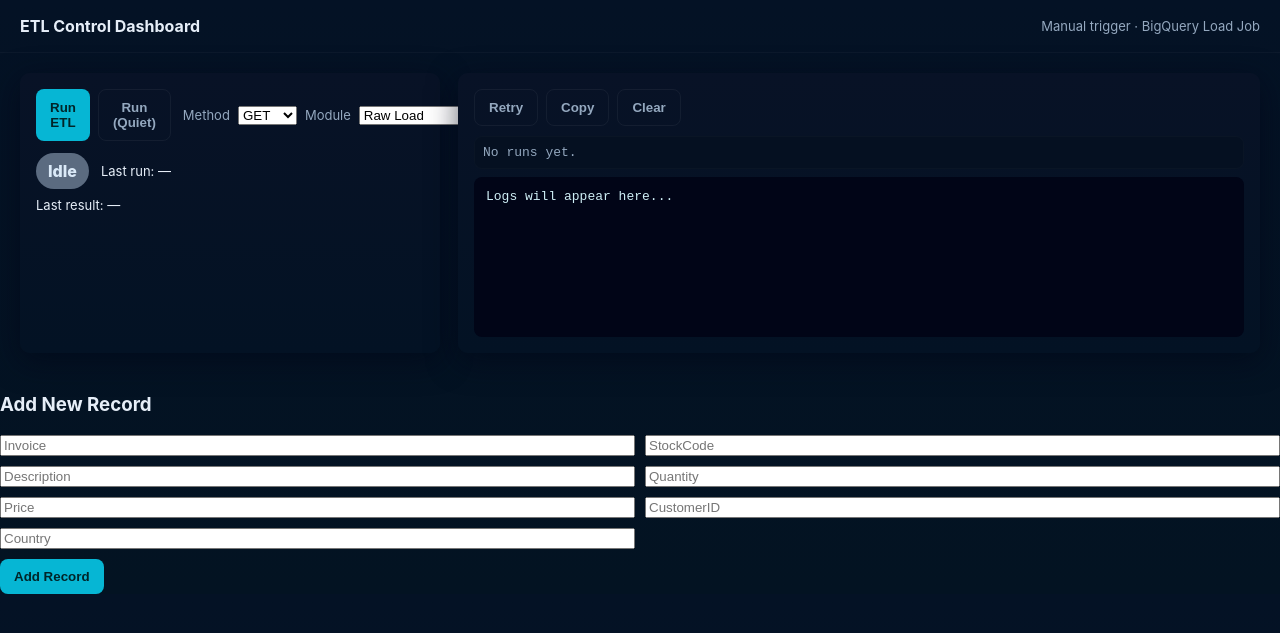
Repository: kbruhadesh/etl_files
Page: public/index.html
These files come from the project's save history. The page is drawn as it stood at one moment and after the next save; the edit follows.
The browser window is 1280 px wide. The pictures show the whole page.

Above is the page before, as saved 2025-11-27 03:31:38.

### public/index.html
<!DOCTYPE html>
<html lang="en">
<head>
  <meta charset="UTF-8" />
  <meta name="viewport" content="width=device-width, initial-scale=1.0" />
  <title>ETL Dashboard</title>
  <link rel="stylesheet" href="style.css" />
</head>

<body>

  <div class="topbar">
    <div class="title">ETL Control Dashboard</div>
    <div class="meta">Manual trigger · BigQuery Load Job</div>
  </div>

  <div class="container">

    <div class="panel">
      <div class="controls">
        <div class="left">
          <button class="btn primary" id="runBtn">Run ETL</button>
          <button class="btn ghost" id="runQuietBtn">Run (Quiet)</button>
        </div>

        <div class="right">
          <label class="small">Method</label>
          <select id="method">
            <option value="GET">GET</option>
            <option value="POST">POST</option>
          </select>

          <!-- ▼ INSERTED MODULE DROPDOWN -->
          <label class="small">Module</label>
          <select id="module">
            <option value="RAW_LOAD">Raw Load</option>
            <option value="TRANSFORM">Transform</option>
            <option value="CLEANING">Cleaning</option>
            <option value="BQ_LOAD">BigQuery Load</option>
            <option value="SUMMARY_REFRESH">Summary Refresh</option>
          </select>
          <!-- ▲ END INSERT -->

          <label class="small">Timeout (sec)</label>
          <input id="timeout" type="number" value="30" />

          <span id="serviceUrlShort"></span>
        </div>
      </div>

      <div class="status-row">
        <span id="statusPill" class="status status-wait">Idle</span>
        <span id="lastRun" class="status-info">Last run: —</span>
      </div>

      <div class="status-info" id="lastResult">Last result: —</div>
    </div>

    <div class="panel">
      <div class="log-actions">
        <button class="btn ghost" id="retryBtn">Retry</button>
        <button class="btn ghost" id="copyLogs">Copy</button>
        <button class="btn ghost" id="clearHistory">Clear</button>
      </div>

      <div class="history" id="historyList"></div>

      <div class="logbox" id="logBox">Logs will appear here...</div>
    </div>

  </div>

  <!-- ▼ NEW ADD RECORD SECTION -->
  <h3 style="margin-top:20px;">Add New Record</h3>

  <div style="display:grid;grid-template-columns:1fr 1fr;gap:10px;margin-top:10px;">
    <input id="inv" placeholder="Invoice">
    <input id="stock" placeholder="StockCode">
    <input id="desc" placeholder="Description">
    <input id="qty" placeholder="Quantity">
    <input id="price" placeholder="Price">
    <input id="cust" placeholder="CustomerID">
    <input id="country" placeholder="Country">
  </div>

  <button class="btn primary" id="addRecordBtn" style="margin-top:10px;">
    Add Record
  </button>
  <!-- ▲ END ADD RECORD SECTION -->

  <script src="script.js"></script>

</body>
</html>

### public/style.css
:root{
  --bg:#071022; --card:#081226; --muted:#94a8bf; --accent:#06b6d4;
  --ok:#0c934f; --fail:#aa2230; --wait:#5b6b80;
  font-family: Inter, system-ui, -apple-system, "Segoe UI", Roboto, Arial;
}
*{box-sizing:border-box}
body{margin:0;background:linear-gradient(180deg,#041225 0,#031322 100%);color:#e6eef8}
.topbar{padding:16px 20px;border-bottom:1px solid rgba(255,255,255,0.03);display:flex;justify-content:space-between;align-items:center}
.title{font-weight:700}
.meta{font-size:13px;color:var(--muted)}
.container{display:grid;grid-template-columns:420px 1fr;gap:18px;padding:20px}
.panel{background:linear-gradient(180deg,var(--card),#031224);border-radius:10px;padding:16px;box-shadow:0 8px 30px rgba(2,6,23,0.6)}
.controls{display:flex;justify-content:space-between;align-items:center;gap:12px;margin-bottom:12px}
.btn{padding:10px 14px;border-radius:8px;border:0;cursor:pointer;font-weight:700}
.btn.primary{background:var(--accent);color:#012529}
.btn.ghost{background:transparent;border:1px solid rgba(255,255,255,0.05);color:var(--muted)}
.left{display:flex;gap:8px}
.right{display:flex;gap:8px;align-items:center}
.small{font-size:13px;color:var(--muted)}
.status-row{display:flex;align-items:center;gap:12px;margin:8px 0}
.status{padding:8px 12px;border-radius:999px;font-weight:800}
.status-wait{background:var(--wait);color:#dbeaf8}
.status-ok{background:var(--ok);color:#e7fbef}
.status-fail{background:var(--fail);color:#ffdce0}
.status-info{font-size:13px}
.log-actions{display:flex;gap:8px;margin-bottom:10px}
.history{max-height:240px;overflow:auto;border-radius:8px;background:#051021;padding:8px;border:1px solid rgba(255,255,255,0.02);font-family:monospace;margin-bottom:8px}
.history .item{padding:8px;border-bottom:1px solid rgba(255,255,255,0.02);display:flex;justify-content:space-between;gap:8px;align-items:center}
.logbox{background:#010517;padding:12px;border-radius:8px;min-height:160px;overflow:auto;color:#cfeff6;font-family:monospace;font-size:13px}
.footer{padding:12px 20px;color:var(--muted);font-size:13px}
.muted{color:var(--muted);font-size:13px}

### public/script.js
document.getElementById("addRecordBtn").addEventListener("click", async () => {
  const payload = {
    Invoice: document.getElementById("inv").value,
    StockCode: document.getElementById("stock").value,
    Description: document.getElementById("desc").value,
    Quantity: Number(document.getElementById("qty").value),
    Price: Number(document.getElementById("price").value),
    CustomerID: Number(document.getElementById("cust").value),
    Country: document.getElementById("country").value
  };

  appendLog("Submitting new record...");

  try {
    const res = await fetch(INSERT_URL, {
      method: "POST",
      headers: {"Content-Type": "application/json"},
      body: JSON.stringify(payload)
    });

    const text = await res.text();
    if (res.ok) {
      setStatus("Success", "status-ok");
      appendLog("Record Added → " + text);
    } else {
      setStatus("Error", "status-fail");
      appendLog("Insert Error → HTTP " + res.status + ": " + text);
    }
  } catch (err) {
    setStatus("Error", "status-fail");
    appendLog("EXCEPTION → " + err.message);
  }
});


// ===== CONFIG =====
const CLOUD_RUN_URL = "https://etl-transform-service-564878881238.asia-south1.run.app/";
// ==================

// Get UI elements
const runBtn = document.getElementById("runBtn");
const runQuietBtn = document.getElementById("runQuietBtn");
const retryBtn = document.getElementById("retryBtn");
const statusPill = document.getElementById("statusPill");
const lastRunEl = document.getElementById("lastRun");
const lastResult = document.getElementById("lastResult");
const logBox = document.getElementById("logBox");
const historyList = document.getElementById("historyList");
const copyLogsBtn = document.getElementById("copyLogs");
const clearHistoryBtn = document.getElementById("clearHistory");
const methodEl = document.getElementById("method");

// These two DO NOT exist in your HTML — so we skip them
const timeoutEl = { value: 30 };
const serviceUrlShort = null;

serviceUrlShort && (serviceUrlShort.textContent = CLOUD_RUN_URL.replace(/^https?:\/\//, "").replace(/\/$/, ""));

// Utility
function setStatus(text, cls="status-wait"){ statusPill.textContent = text; statusPill.className = "status " + cls; }
function ts(){ return new Date().toLocaleString(); }

function appendLog(msg){
  logBox.textContent = `[${ts()}] ${msg}\n\n` + logBox.textContent;
}

// History in localStorage
const HISTORY_KEY = "etl_dashboard_history";
function loadHistory(){ return JSON.parse(localStorage.getItem(HISTORY_KEY) || "[]"); }
function saveHistory(h){ localStorage.setItem(HISTORY_KEY, JSON.stringify(h)); }
function addHistory(entry){
  const h = loadHistory();
  h.unshift(entry);
  if(h.length>50) h.pop();
  saveHistory(h);
  renderHistory();
}

function renderHistory(){
  const h = loadHistory();
  historyList.innerHTML = "";
  if(h.length===0){ historyList.innerHTML = `<div class="muted">No runs yet.</div>`; return; }
  h.forEach((it, i) => {
    const div = document.createElement("div");
    div.className = "item";
    div.innerHTML = `<div>
        <div style="font-weight:700">${it.status} · ${it.ts}</div>
        <div class="small">${it.method} · ${it.duration_ms}ms · HTTP ${it.http_status||"-"}</div>
      </div>
      <div>
        <button data-i="${i}" class="btn ghost small view">View</button>
      </div>`;
    historyList.appendChild(div);
  });
  // attach listeners
  [...historyList.querySelectorAll("button.view")].forEach(b=>{
    b.addEventListener("click", (e)=>{
      const idx = Number(e.currentTarget.dataset.i);
      const h = loadHistory()[idx];
      logBox.textContent = `=== Run ${idx} — ${h.ts} ===\nStatus: ${h.status}\nHTTP: ${h.http_status}\nMethod: ${h.method}\nDuration: ${h.duration_ms} ms\n\nResponse:\n${h.body}\n\n` + logBox.textContent;
      lastRunEl.textContent = "Last run: " + h.ts;
      lastResult.textContent = `Last: ${h.status} · HTTP ${h.http_status||"-"}`;
    });
  });
}

// Main trigger
let lastRequest = null;
async function triggerETL({quiet=false, method="GET"}={}){
  try{
    setStatus("Running...", "status-wait");
    appendLog("Triggering ETL...");
    const t = Number(timeoutEl.value || 30) * 1000;
    const controller = new AbortController();
    const id = setTimeout(()=>controller.abort(), t);
    const start = performance.now();

    let res;
    if(method === "GET"){
      res = await fetch(CLOUD_RUN_URL, {method:"GET", signal: controller.signal});
    } else {
      // ---------- UPDATED POST BODY ----------
      res = await fetch(CLOUD_RUN_URL, {
        method:"POST",
        headers: {"Content-Type":"application/json"},
        body: JSON.stringify({
          trigger: "manual",
          module: document.getElementById("module").value,
          ts: Date.now()
        }),
        signal: controller.signal
      });
      // ---------------------------------------
    }

    clearTimeout(id);
    const duration = Math.round(performance.now() - start);
    const text = await res.text().catch(()=>"[non-text-response]");

    const entry = {
      ts: ts(),
      status: res.ok ? "SUCCESS" : "FAILED",
      http_status: res.status,
      method,
      duration_ms: duration,
      body: text
    };
    lastRequest = {method};
    addHistory(entry);

    lastRunEl.textContent = "Last run: " + entry.ts;
    lastResult.textContent = entry.status + " · HTTP " + entry.http_status;

    if(res.ok){
      setStatus("Success", "status-ok");
      appendLog("SUCCESS: HTTP " + res.status + " — " + (text||"(empty)"));
    } else {
      setStatus("Error", "status-fail");
      appendLog("ERROR: HTTP " + res.status + " — " + (text||"(empty)"));
    }
    if(!quiet){
      logBox.textContent = `=== HTTP ${res.status} ===\n${text}\n\n` + logBox.textContent;
    }
  } catch (err){
    setStatus("Failed", "status-fail");
    appendLog("EXCEPTION: " + (err.message||String(err)));
    addHistory({ts:ts(), status:"EXCEPTION", method, duration_ms:0, http_status:null, body:err.message||String(err)});
  }
}

// UI wiring
runBtn.addEventListener("click", ()=> triggerETL({quiet:false, method: methodEl.value}));
runQuietBtn.addEventListener("click", ()=> triggerETL({quiet:true, method: methodEl.value}));
retryBtn.addEventListener("click", ()=> {
  if(lastRequest) triggerETL({quiet:false, method: lastRequest.method});
  else appendLog("No last request to retry.");
});
copyLogsBtn.addEventListener("click", async ()=>{
  try{
    await navigator.clipboard.writeText(logBox.textContent);
    appendLog("Logs copied to clipboard.");
  }catch(e){ appendLog("Copy failed: " + (e.message||e)); }
});
clearHistoryBtn.addEventListener("click", ()=> {
  localStorage.removeItem(HISTORY_KEY);
  renderHistory();
  appendLog("History cleared.");
});

// initial
renderHistory();
setStatus("Idle", "status-wait");
serviceUrlShort && (serviceUrlShort.textContent = CLOUD_RUN_URL.replace(/^https?:\/\//, "").replace(/\/$/, ""));

After the next save:
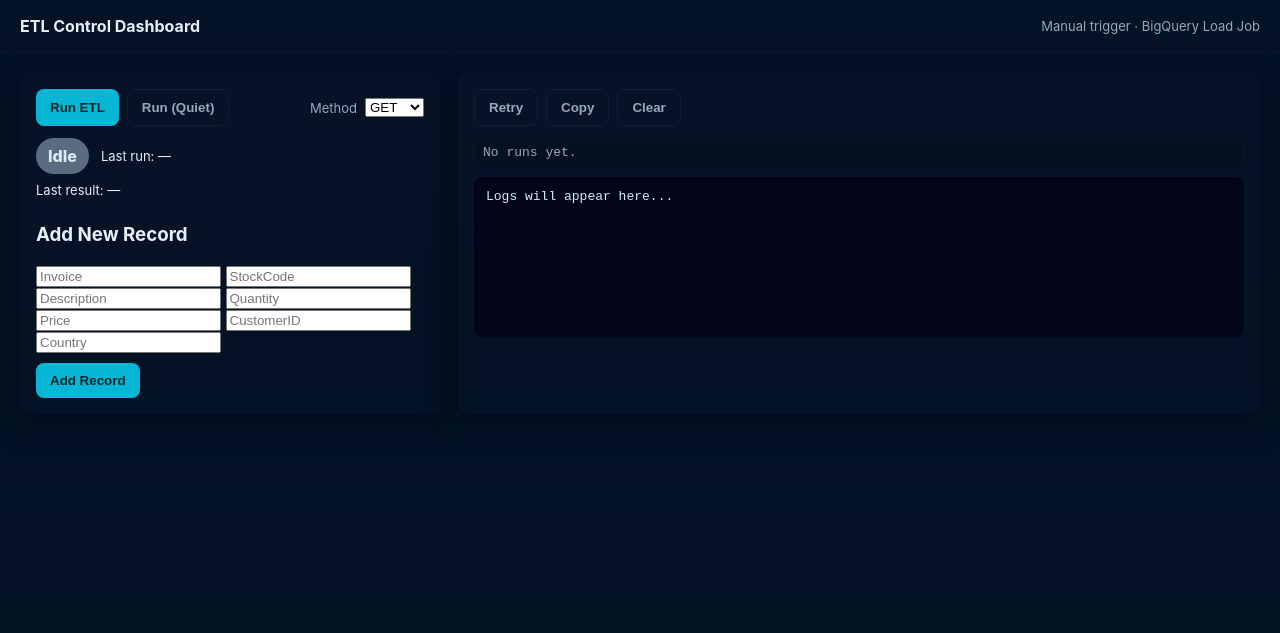
Saved 14 min 10 s later.
--- a/public/index.html
+++ b/public/index.html
@@ -1,10 +1,10 @@
 <!DOCTYPE html>
 <html lang="en">
 <head>
-  <meta charset="UTF-8" />
-  <meta name="viewport" content="width=device-width, initial-scale=1.0" />
+  <meta charset="UTF-8"/>
+  <meta name="viewport" content="width=device-width, initial-scale=1"/>
   <title>ETL Dashboard</title>
-  <link rel="stylesheet" href="style.css" />
+  <link rel="stylesheet" href="style.css"/>
 </head>
 
 <body>
@@ -16,7 +16,9 @@
 
   <div class="container">
 
+    <!-- LEFT PANEL -->
     <div class="panel">
+
       <div class="controls">
         <div class="left">
           <button class="btn primary" id="runBtn">Run ETL</button>
@@ -29,22 +31,6 @@
             <option value="GET">GET</option>
             <option value="POST">POST</option>
           </select>
-
-          <!-- ▼ INSERTED MODULE DROPDOWN -->
-          <label class="small">Module</label>
-          <select id="module">
-            <option value="RAW_LOAD">Raw Load</option>
-            <option value="TRANSFORM">Transform</option>
-            <option value="CLEANING">Cleaning</option>
-            <option value="BQ_LOAD">BigQuery Load</option>
-            <option value="SUMMARY_REFRESH">Summary Refresh</option>
-          </select>
-          <!-- ▲ END INSERT -->
-
-          <label class="small">Timeout (sec)</label>
-          <input id="timeout" type="number" value="30" />
-
-          <span id="serviceUrlShort"></span>
         </div>
       </div>
 
@@ -54,8 +40,26 @@
       </div>
 
       <div class="status-info" id="lastResult">Last result: —</div>
+
+      <!-- ADD NEW RECORD -->
+      <h3 style="margin-top:25px;">Add New Record</h3>
+      <div class="form-grid">
+        <input id="inv" placeholder="Invoice"/>
+        <input id="stock" placeholder="StockCode"/>
+        <input id="desc" placeholder="Description"/>
+        <input id="qty" placeholder="Quantity" type="number"/>
+        <input id="price" placeholder="Price" type="number"/>
+        <input id="cust" placeholder="CustomerID" type="number"/>
+        <input id="country" placeholder="Country"/>
+      </div>
+
+      <button class="btn primary" id="addRecordBtn" style="margin-top:10px;">Add Record</button>
+
+      <div id="toast" class="toast hidden"></div>
+
     </div>
 
+    <!-- RIGHT PANEL -->
     <div class="panel">
       <div class="log-actions">
         <button class="btn ghost" id="retryBtn">Retry</button>
@@ -64,30 +68,11 @@
       </div>
 
       <div class="history" id="historyList"></div>
-
       <div class="logbox" id="logBox">Logs will appear here...</div>
     </div>
 
   </div>
 
-  <!-- ▼ NEW ADD RECORD SECTION -->
-  <h3 style="margin-top:20px;">Add New Record</h3>
-
-  <div style="display:grid;grid-template-columns:1fr 1fr;gap:10px;margin-top:10px;">
-    <input id="inv" placeholder="Invoice">
-    <input id="stock" placeholder="StockCode">
-    <input id="desc" placeholder="Description">
-    <input id="qty" placeholder="Quantity">
-    <input id="price" placeholder="Price">
-    <input id="cust" placeholder="CustomerID">
-    <input id="country" placeholder="Country">
-  </div>
-
-  <button class="btn primary" id="addRecordBtn" style="margin-top:10px;">
-    Add Record
-  </button>
-  <!-- ▲ END ADD RECORD SECTION -->
-
   <script src="script.js"></script>
 
 </body>
